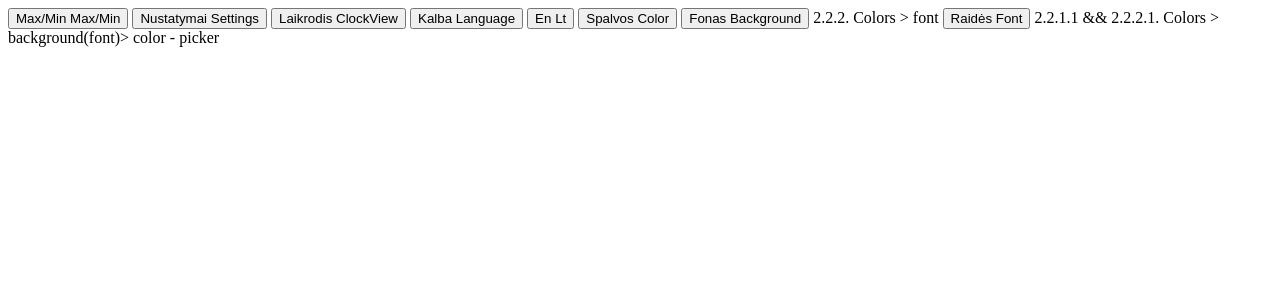
Repository: Skaidrius/WordClock
Page: directives/clock-buttons.html
The author's editor kept a record of every edit. The page is drawn from the files as they stood at one moment, then again after the next edit.
The browser window is 1280 px wide. The pictures show the whole page.

Above is the page before.

After the next edit:
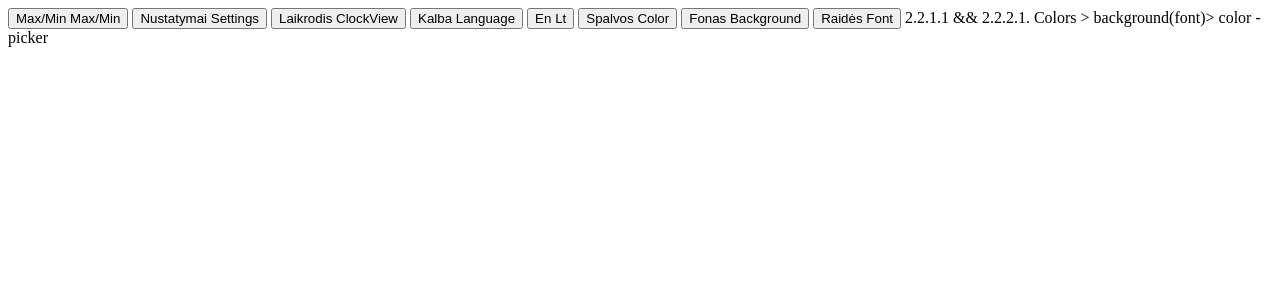
The edit:
--- a/directives/clock-buttons.html
+++ b/directives/clock-buttons.html
@@ -42,7 +42,7 @@
     <span ng-show="en">Background</span>
 </button>
 
-2.2.2. Colors > font
+<!--2.2.2. Colors > font-->
 <button ng-show="change && sets && color" ng-click="picker=!picker">
     <span ng-show="lt">Raidės</span>
     <span ng-show="en">Font</span>
